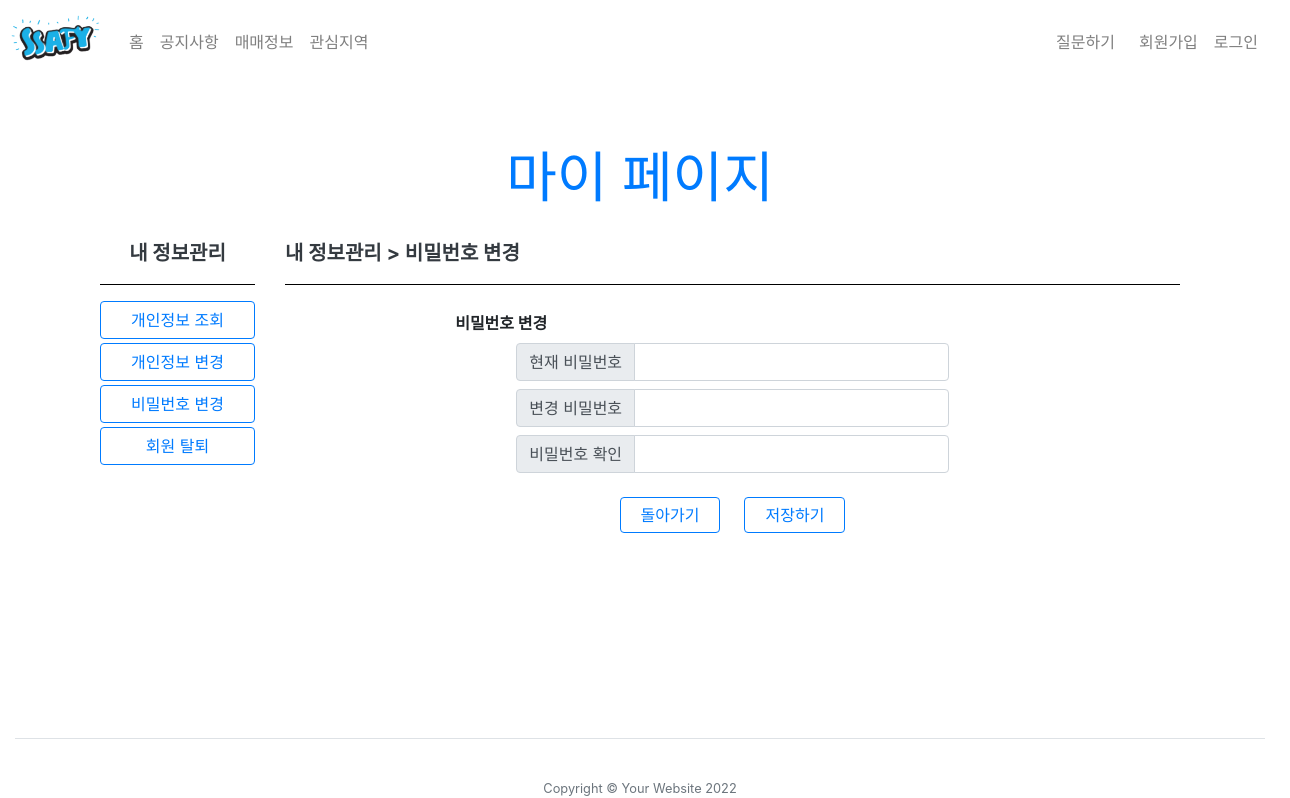
Repository: shinyoungjei/SSAFY_Final_PJT
Page: /user/mypage (app in front/)
An editor plug-in stored every save of this project. The page is shown before and after the next save, followed by the edit.
The browser window is 1280 px wide. The page is 1290 px wide, so the pictures cover 1290 px, including what lies to the right of the window. The pictures show the whole page.
The project was rebuilt for these pictures with package versions that can differ from the ones it lists, and the page was loaded fresh each time. Also part of the build but not shown: front/vue.config.js, front/src/views/HomeView.vue, front/src/views/AreaView.vue. Imported but missing from the stored project, and not drawn on this page: front/happyhouse/src/components/faq/QuestionChatItem.

Above is the page before, as saved 2022-05-25 20:46:59.

After the next save:
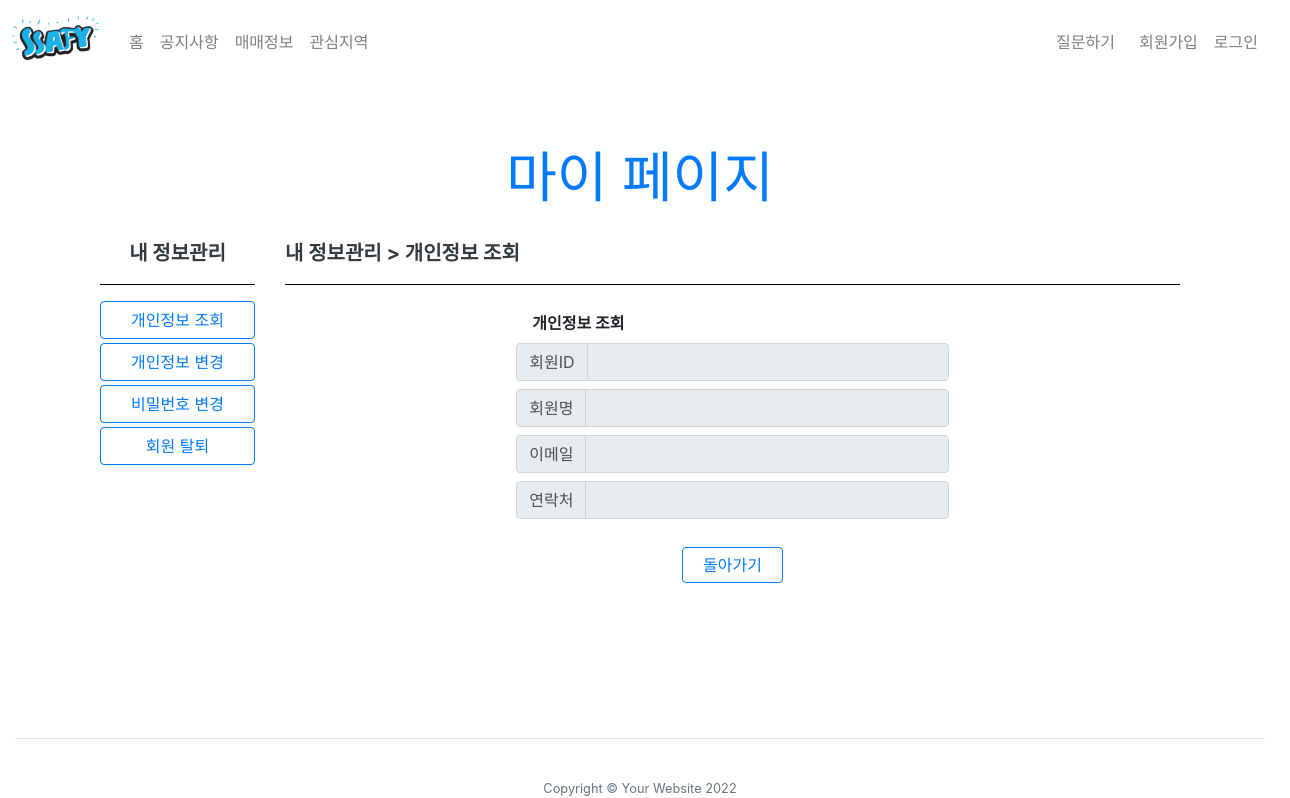
Saved 46 s later.
--- a/front/src/components/user/UserMyPage.vue
+++ b/front/src/components/user/UserMyPage.vue
@@ -435,7 +435,7 @@ const userStore = "userStore";
 export default {
   data() {
     return {
-      mode: "mvChange",
+      mode: "view",
       user: {
         id: "",
         name: "",
